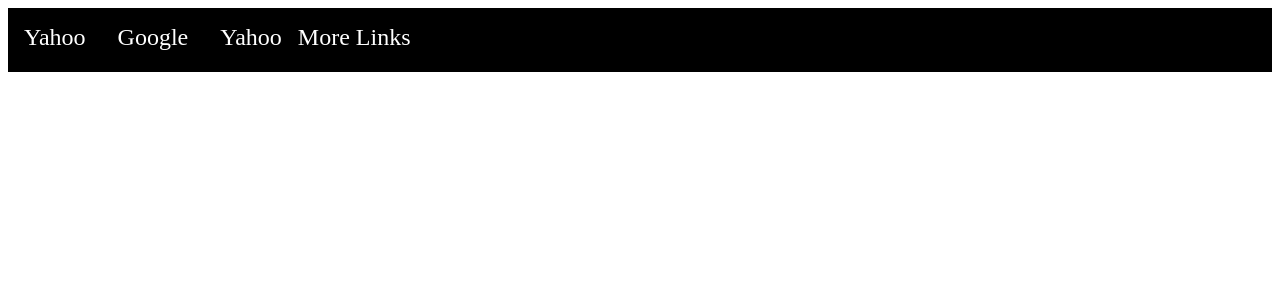
Repository: VidalLopez/VidalLopez.github.io
Page: index.html
The author's editor kept a record of every edit. The page is drawn from the files as they stood at one moment, then again after the next edit.
The browser window is 1280 px wide. The pictures show the whole page.

Above is the page before.

After the next edit:
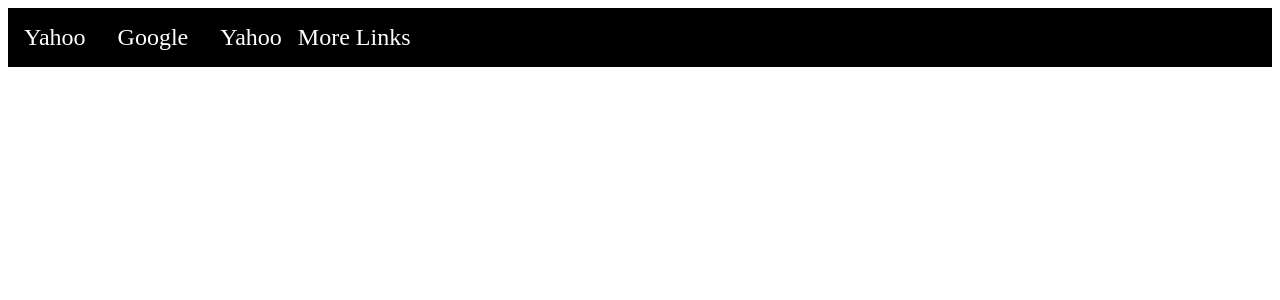
The edit:
--- a/index.html
+++ b/index.html
@@ -6,9 +6,8 @@
 
     <style>
       .navbar{
-        background-color: black;
-        width: 100%;
-        height: 64px;
+        background-color: black;;
+        overflow:hidden;
       }
 
       .navbar a{
